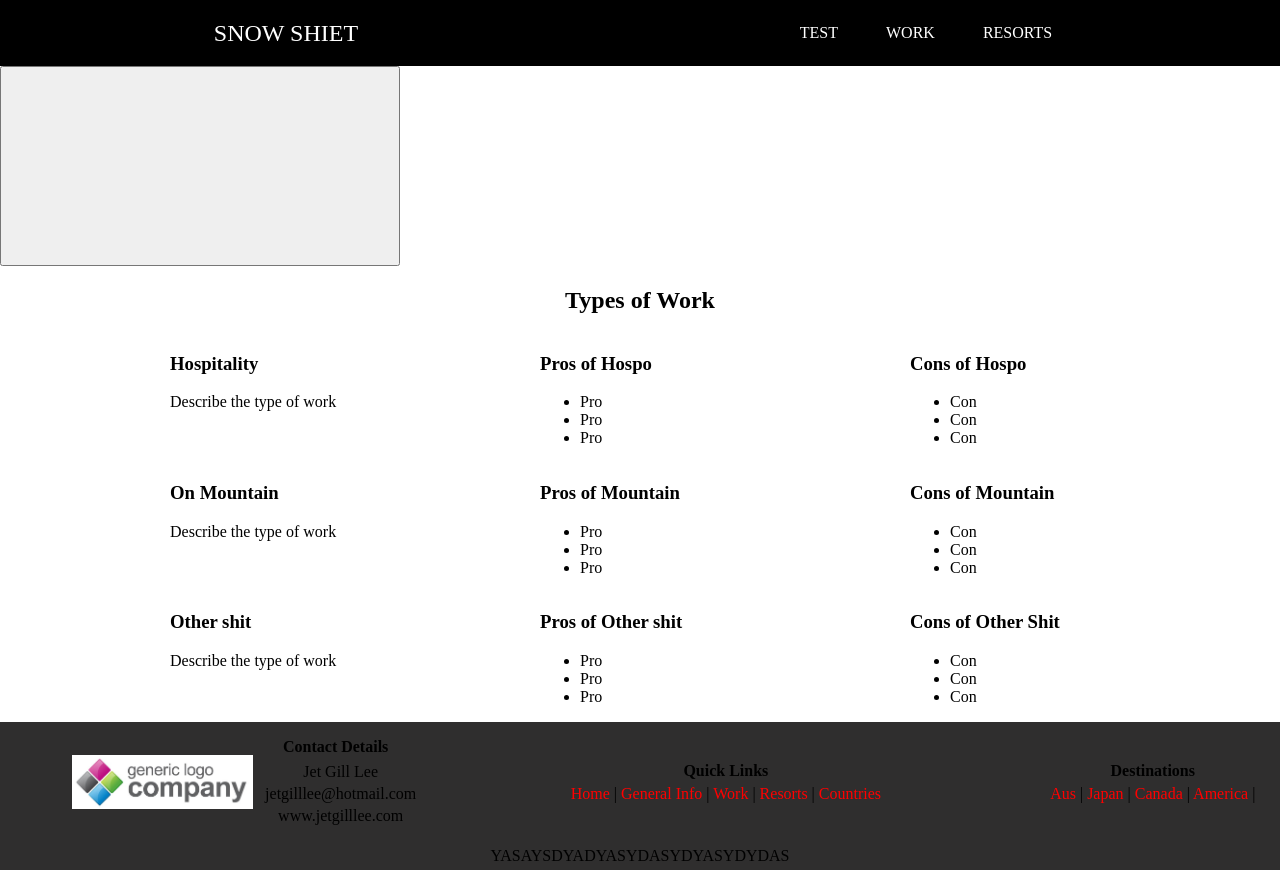
Repository: Jet-Gill-Lee/SnowSite
Page: work-overview.html
An editor plug-in stored every save of this project. The page is shown before and after the next save, followed by the edit.
The browser window is 1280 px wide. The pictures show the whole page.

Above is the page before, as saved 2021-07-25 00:11:05.

After the next save:
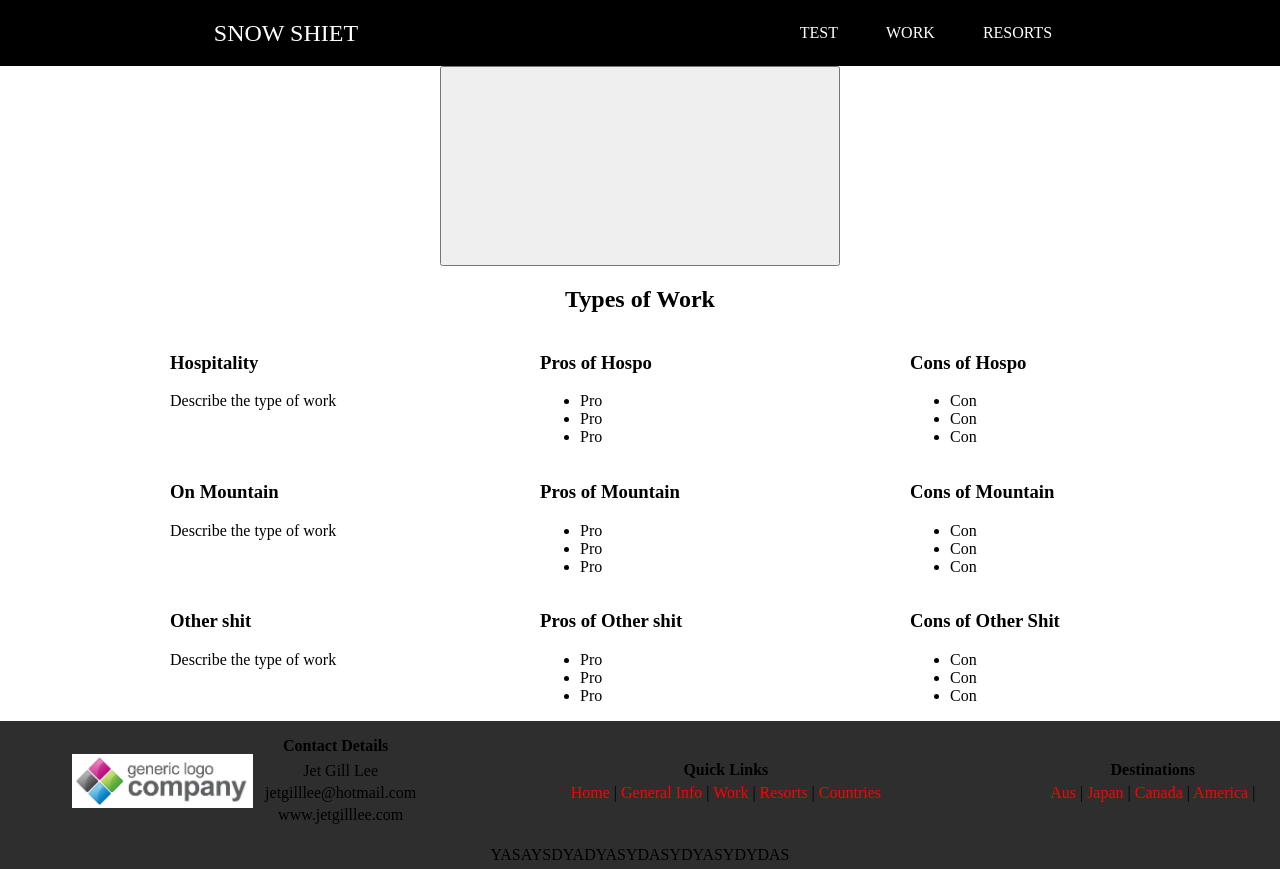
Saved 9 s later.
--- a/work-overview.html
+++ b/work-overview.html
@@ -26,7 +26,7 @@
       </ul>
     </div>
   </div>
-  <button id="brodie-button" style='width:400px;height:200px;margin:auto'></button>
+  <button id="brodie-button" style='width:400px;height:200px;margin:auto;display:block'></button>
 <!-- MAIN -->
   <div id="page-main">
     <div id="main-info">
